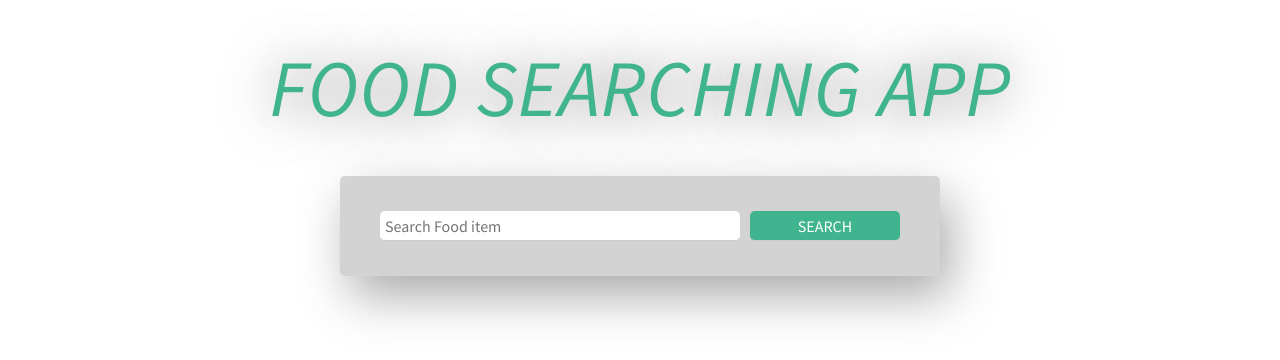
Repository: priyavmehta/React-Food-Recipe-App
Page: /
An editor plug-in stored every save of this project. The page is shown before and after a run of saves, followed by the edit.
The browser window is 1280 px wide. The pictures show the whole page.
The project was rebuilt for these pictures with package versions that can differ from the ones it lists, and the page was loaded fresh each time. Also part of the build but not shown: src/Components/RecipeDetails.js, src/Components/Recipe.js.

Above is the page before, as saved 2020-07-09 23:58:34.

After the next 2 saves:
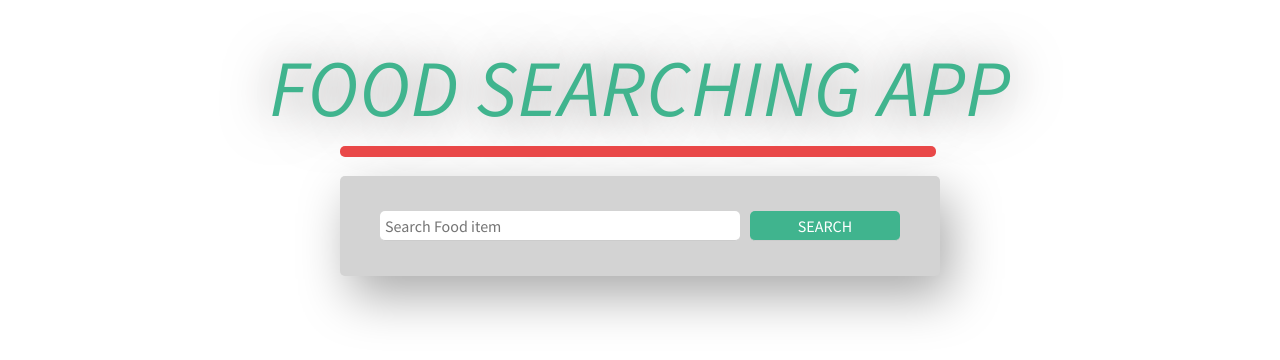
The 2 saves are shown as one change because 1 did not build or start.
The last was saved 37 s later.
--- a/src/Components/Search.js
+++ b/src/Components/Search.js
@@ -1,6 +1,7 @@
 import React, {Fragment, useContext, useState} from 'react'
 import recipeContext from '../context/recipe/recipeContext'
 import Recipe from './Recipe'
+import Alert from './Alert'
 
 const Search = () => {
 
@@ -21,7 +22,7 @@
         <Fragment>
             <h1 >Food Searching App</h1>
             <form className = "search-form" onSubmit = {onSubmitQuery}>
-                {/* {alert !== "" && <Alert alert = {alert}/>} */}
+                <Alert/>
                 <input type="text" placeholder = "Search Food item" autoComplete = "off" onChange = {changeQuery} value = {query} />
                 <input type = "submit" value = "Search" />
             </form>

After the save that followed:
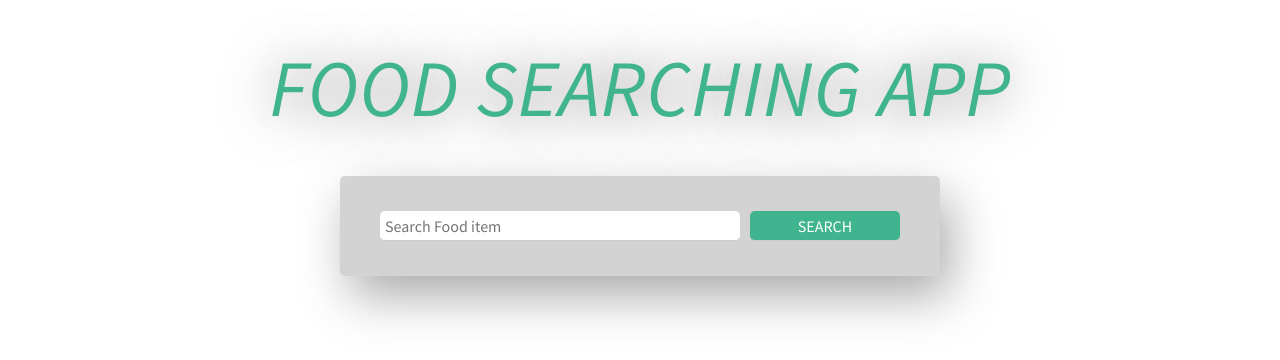
Saved 43 s later.
--- a/src/Components/Search.js
+++ b/src/Components/Search.js
@@ -22,7 +22,7 @@
         <Fragment>
             <h1 >Food Searching App</h1>
             <form className = "search-form" onSubmit = {onSubmitQuery}>
-                <Alert/>
+
                 <input type="text" placeholder = "Search Food item" autoComplete = "off" onChange = {changeQuery} value = {query} />
                 <input type = "submit" value = "Search" />
             </form>
